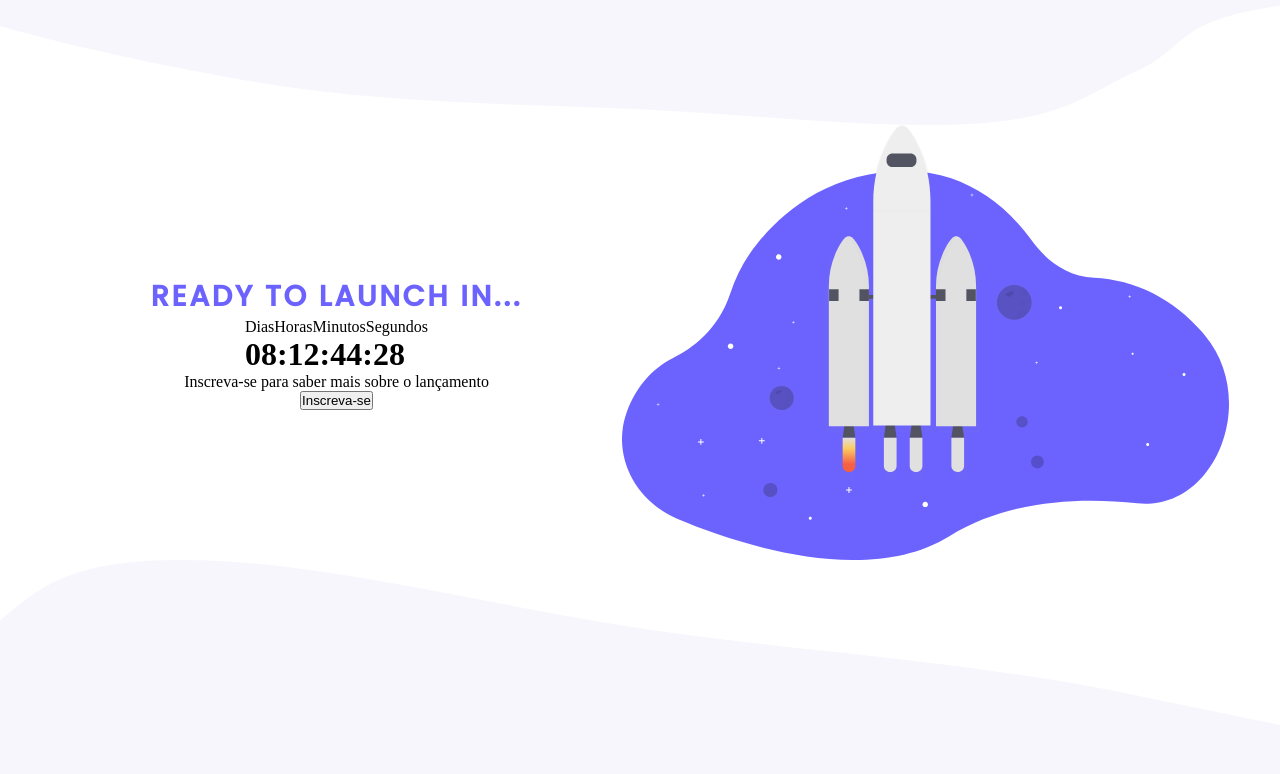
Repository: BrunoBross/countdown
Page: index.html
These files come from the project's save history. The page is drawn as it stood at one moment and after the next save; the edit follows.
The browser window is 1280 px wide. The pictures show the whole page.

Above is the page before, as saved 2021-11-30 00:46:01.

After the next save:
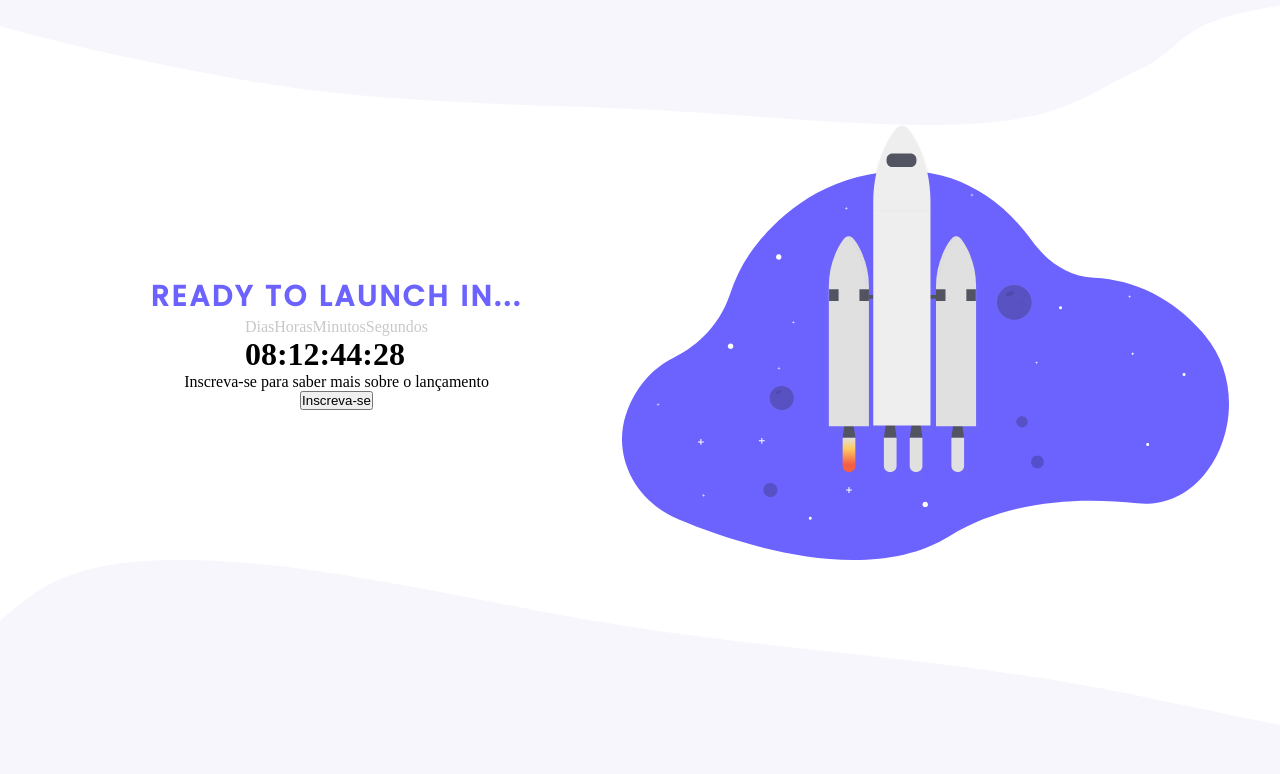
Saved 30 s later.
--- a/style.css
+++ b/style.css
@@ -52,3 +52,7 @@ body{
   font-size: 4vh;
   letter-spacing: 0.2vw;
 }
+
+.labels > p{
+  color: #C8C8C8;
+}
